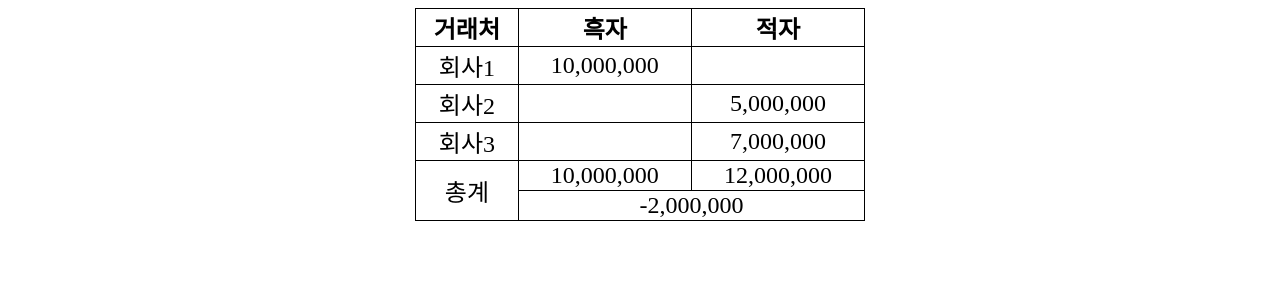
Repository: guswnsdldl/gb
Page: html workspace/f_table/src/main/webapp/span-task02.html
The author's editor kept a copy of each file at every save. The page is drawn from the files as they stood at one save, then again after the next save.
The browser window is 1280 px wide. The pictures show the whole page.

Above is the page before, as saved 2024-08-06 03:11:55.

After the next save:
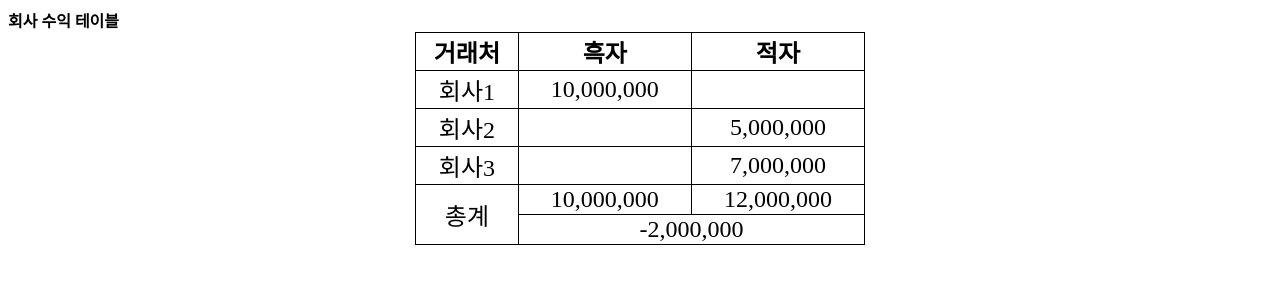
Saved 30 s later.
--- a/html workspace/f_table/src/main/webapp/span-task02.html
+++ b/html workspace/f_table/src/main/webapp/span-task02.html
@@ -16,7 +16,7 @@
 </head>
 <body>
 
-
+<strong>회사 수익 테이블</strong>
 <table>
  		<tr>
         <th>거래처</th>
